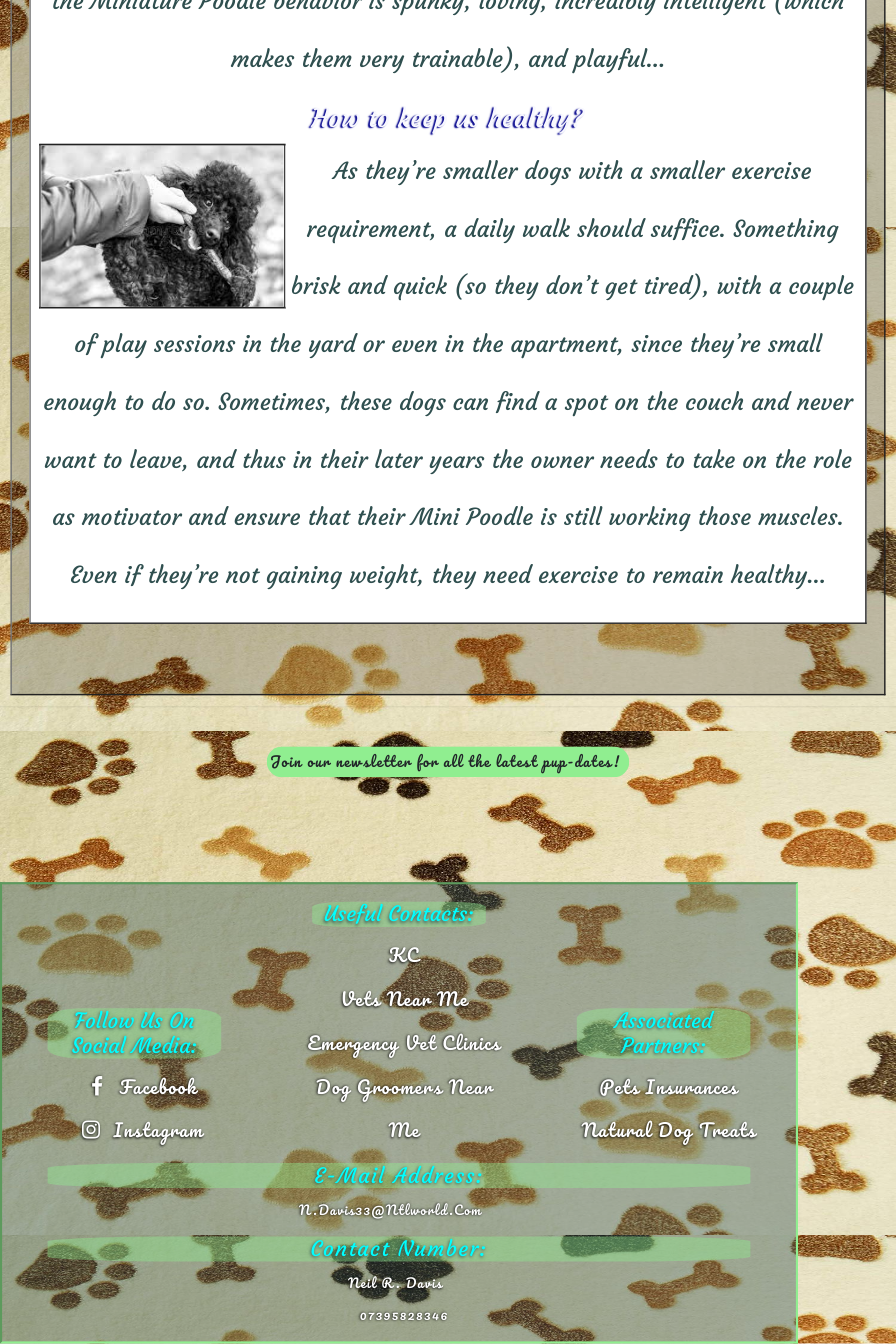
Repository: Code-Institute-Submissions/GeorgiosSklav-Iacinthos-blog
Page: about-them.html
The author's editor kept a record of every edit. The page is drawn from the files as they stood at one moment, then again after the next edit.
The browser window is 1280 px wide. The pictures show the part of the page from y = 1835 to 3755 px (the page is 3755 px tall before and 3692 px after), at 70% of full size.
Backgrounds fixed to the window are drawn as part of the page.

Above is the page before.

### about-them.html
<!DOCTYPE html>
<html lang="en">

<head>
    <meta charset="UTF-8">
    <meta name="viewport" content="width=device-width, initial-scale=1.0">
    <meta http-equiv="X-UA-Compatible" content="ie=edge">
    <link rel="stylesheet" href="https://stackpath.bootstrapcdn.com/bootstrap/4.3.1/css/bootstrap.min.css " integrity="sha384-ggOyR0iXCbMQv3Xipma34MD+dH/1fQ784/j6cY/iJTQUOhcWr7x9JvoRxT2MZw1T " crossorigin="anonymous">
    <title>Iacinthos mini Poodles</title>
    <link rel="stylesheet" href="https://stackpath.bootstrapcdn.com/font-awesome/4.7.0/css/font-awesome.min.css" integrity="sha384-wvfXpqpZZVQGK6TAh5PVlGOfQNHSoD2xbE+QkPxCAFlNEevoEH3Sl0sibVcOQVnN" crossorigin="anonymous">
    <link rel="stylesheet" href="style.css" type="text/css" />
</head>

<!--Header-->

<body>
    <div class="container-fluid">
        <div class="background-overlay">
            <header class="container">
                <div class="row align-items-start heading homepage">
                    <div class="col-12 logo">
                        <h1>How to treat and raise us:</h1>
                    </div>
                </div>
                <nav class="navbar navbar-light navbar-expand-sm">
                    <div class="navbar-brand"><i class="fa fa-paw"></i>About them</div>
                    <button class="navbar-toggler ml-auto" type="button" data-toggle="collapse" data-target="#navbarNavDropdown" aria-controls="navbarNavDropdown">
            <span class="navbar-toggler-icon"></span></button>
                    <div class="collapse navbar-collapse" id="navbarNavDropdown">
                        <ul class="navbar-nav mt-auto mt-2 mt-lg-0">
                            <li class="nav-item mr-2"><a class="nav-link" href="index.html">Iacinthos</a></li>
                            <li class="nav-item mr-2"><a class="nav-link" href="request-form.html">Enquiries</a></li>
                            <li class="nav-item dropdown">
                                <div class="nav-link dropdown-toggle" id="navbarDropdownMenuLink" role="button" data-toggle="dropdown" aria-haspopup="true" aria-expanded="false">
                                    Certificates</div>
                                <div class="dropdown-menu" aria-labelledby="navbarDropdownMenuLink">
                                    <a class="dropdown-item" target="_blank" href="./Media/certificate.pdf"><i class="fa fa-download"></i>Kennel Club</a>
                                    <a class="dropdown-item" target="_blank" href="./Media/lineage1.pdf"><i class="fa fa-download"></i>Blood-Lineage</a>
                                </div>
                            </li>
                        </ul>
                    </div>
                </nav>
            </header>

            <!--main-body-->

            <main>
                <div class="jumbotron-fluid about" id="frame">
                    <div class="row">
                        <div class="col-12">
                            <img src="./Media/photos/steak.jpg" class="img-10" alt="dog-steak">
                            <h3 class="about-title">What do we eat?</h3>
                            <p>Most would opt for wet food. However, dry food is recommended since this is much better for the gums and teeth. In addition, dry kibble tends to be easier on the stomach and intestines and a diet of all wet canned food can
                                lead to runny stools...</p>
                        </div>
                    </div>
                    <div class="row">
                        <div class="col-12">
                            <h3 class="about-title">Natural diet?</h3>
                            <p>Feeding a complete raw meat diet to your dog is the best way to provide an easily digestible, balanced diet that mimics the way his ancestors naturally eat in the wild. However, there’s a lot of misinformation out there about
                                feeding a raw food diet to dogs. This can be confusing and discouraging for dog owners looking to do the right thing for their dogs. Nevertheless your choice, you just need to make sure that your doggy is getting all the
                                daily nutrition it needs....</p>
                        </div>
                    </div>
                    <div class="row">
                        <div class="col-12">
                            <h3 class="about-title">What do we love to do?</h3>
                            <img src="./Media/photos/woman-dog.jpg" class="img-20" alt="dog-jogging">
                            <p>They have a moderate temperament, and even though they’re elegant and well-mannered, have a very funny clown-like behavior when around their loved ones. They love to play and they’re smart enough to get themselves into trouble,
                                or challenge their owner when they have the chance. All-in-all, the Miniature Poodle behavior is spunky, loving, incredibly intelligent (which makes them very trainable), and playful...</p>
                        </div>
                    </div>
                    <div class="row">
                        <div class="col-12">
                            <h3 class="about-title">How to keep us healthy?</h3>
                            <img src="./Media/photos/excercising.jpg" class="img-30" alt="dog-with-a-stick">
                            <p>As they’re smaller dogs with a smaller exercise requirement, a daily walk should suffice. Something brisk and quick (so they don’t get tired), with a couple of play sessions in the yard or even in the apartment, since they’re
                                small enough to do so. Sometimes, these dogs can find a spot on the couch and never want to leave, and thus in their later years the owner needs to take on the role as motivator and ensure that their Mini Poodle is still
                                working those muscles. Even if they’re not gaining weight, they need exercise to remain healthy...</p>
                        </div>
                    </div>
                </div>
        </div>
</div>
    <hr>
    <!--Modal-->

    <button type="button" class="btn btn-color" data-toggle="modal" data-target="#exampleModal">
  Join our newsletter for all the latest pup-dates!
</button>
    <div class="modal fade" id="exampleModal" tabindex="-1" role="dialog" aria-labelledby="exampleModalLabel" aria-hidden="true">
        <div class="modal-dialog" role="document">
            <div class="modal-content">
                <div class="modal-header">
                    <h5 class="modal-title" id="exampleModalLabel">Join our family with a flick of your paw!</h5>
                    <button type="button" class="close" data-dismiss="modal" aria-label="Close">
                     <span aria-hidden="true">&times;</span>
        </button>
                </div>
                <div class="modal-body">
                    <form class="modal-newsletter">
                        <div class="form-group ">
                            <input type="email" class="form-control" id="InputEmail2" aria-describedby="InputEmail2" placeholder="Your Woof-mail....">
                        </div>
                        <div class="form-group">
                            <input type="password" class="form-control" id="InputPassword2" placeholder="....and a Woof-password">
                        </div>
                        <div class="form-group form-check">
                            <input type="checkbox" class="form-check-input" id="Check1">
                            <label class="form-check-label" for="Check1">Remember me</label>
                        </div>
                    </form>
                </div>
                <div class="modal-footer">
                    <button type="button" class="btn btn-danger" data-dismiss="modal">Close</button>
                    <button type="button" class="btn btn-info">Subscribe</button>
                </div>
            </div>
        </div>

        </main>

    </div>


    <!---footer-->

    <footer class="container footer">
        <div class="row align-items-end">
            <div class="col-12 col-md-3 col-lg-3">
                <h4 class="social-title capitalise">Follow us on social media:</h4>
                <ul class="social-links">
                    <li>
                        <a target="_blank" href="https://www.facebook.com/neil.davis.9862">
                            <i class="fa fa-facebook"></i>
                            <span>Facebook</span>
                        </a>
                    </li>
                    <li>
                        <a target="_blank" href="https://instagram.com/neilr.davis?igshid=wmi0mqp5d2se">
                            <i class="fa fa-instagram"></i>
                            <span>Instagram</span>
                        </a>
                    </li>
                </ul>
            </div>
            <div class="col-12 col-md-3 col-lg-3">
                <h4 class="social-title capitalise">Useful contacts:</h4>
                <ul class="social-links">
                    <li>
                        <a target="_blank" href="https://www.thekennelclub.org.uk/">
                            <span class="capitalise">KC</span>
                        </a>
                    </li>
                    <li>
                        <a target="_blank" href="https://www.google.com/search?q=vet+near+me&oq=vet+near&aqs=chrome.0.0j69i57j0l4.4119j0j7&sourceid=chrome&ie=UTF-8">
                            <span class="capitalise">Vets near me</span>
                        </a>
                    </li>
                    <li>
                        <a target="_blank" href="https://www.google.com/search?q=emergency+vet+clinic+near+me&oq=emergency+vet&aqs=chrome.4.69i57j0l5.15430j0j7&sourceid=chrome&ie=UTF-8">
                            <span class="capitalise">Emergency vet clinics</span>
                        </a>
                    </li>
                    <li>
                        <a target="_blank" href="https://www.google.com/search?q=dog+groomer+near+me&oq=dog+groomer&aqs=chrome.1.69i57j0l5.4790j0j7&sourceid=chrome&ie=UTF-8">
                            <span class="capitalise">Dog groomers near me</span>
                        </a>
                    </li>
                </ul>
            </div>
            <div class="col-12 col-md-3 col-lg-3">
                <h4 class="social-title capitalise">Associated partners:</h4>
                <ul class="social-links">
                    <li>
                        <a target="_blank" href="https://www.google.com/search?q=pet+insurance+near+me&oq=pet+ins&aqs=chrome.2.0j69i57j0l4.6094j0j7&sourceid=chrome&ie=UTF-8">
                            <span class="capitalise">pets insurances</span>
                        </a>
                    </li>
                    <li>
                        <a target="_blank" href="https://www.doglistener.co.uk/catalog/natural-dog-treats-0">
                            <span class="capitalise">natural dog treats</span>
                        </a>
                    </li>
                </ul>
            </div>
            <div class="col-12 col-md-3 col-lg-3 contacts">
                <h4 class="social-title capitalise">e-mail address:</h4>
                <p class="capitalise social-links">
                    n.davis33@ntlworld.com
                </p>
                <h4 class="social-title capitalise">Contact number:</h4>
                <ul class="social-links">
                    <li class="social-links capitalise">
                        neil r. davis
                    </li>
                    <li class="capitalise">
                        07395828346
                    </li>
                </ul>
            </div>
        </div>
    </footer>

    <script src="https://code.jquery.com/jquery-3.3.1.slim.min.js" integrity="sha384-q8i/X+965DzO0rT7abK41JStQIAqVgRVzpbzo5smXKp4YfRvH+8abtTE1Pi6jizo" crossorigin="anonymous"></script>
    <script src="https://cdnjs.cloudflare.com/ajax/libs/popper.js/1.14.7/umd/popper.min.js" integrity="sha384-UO2eT0CpHqdSJQ6hJty5KVphtPhzWj9WO1clHTMGa3JDZwrnQq4sF86dIHNDz0W1" crossorigin="anonymous"></script>
    <script src="https://stackpath.bootstrapcdn.com/bootstrap/4.3.1/js/bootstrap.min.js" integrity="sha384-JjSmVgyd0p3pXB1rRibZUAYoIIy6OrQ6VrjIEaFf/nJGzIxFDsf4x0xIM+B07jRM" crossorigin="anonymous"></script>
</body>

</html>

### style.css
@import url('https://fonts.googleapis.com/css?family=Courgette:100,200,300,400,500,600,700|Pacifico:100,200,300,400,500,600,700');

/*------------------------------------------------body background*/

body {
    background-image: url("./Media/photos/footprints.jpg");
    background-size: 100%;
    background-attachment: fixed;
    line-height: 2.5;
    text-align: center;

}

.background-overlay {
    position: relative;
    height: 100%;
    width: 100%;
    padding: 0;
    background-color: rgba(0, 0, 0, 0.2);
    border: 2px outset #777;
}

h1 {
    font-family: "Courgette", sans-serif;
    font-weight: 700;
    font-size: 45px;
    color: #f4f4f4;
    text-shadow: -1px 2px 5px #2f4f4f;
    margin-top: 35px;
    margin-bottom: 5px;
    padding-top: 25px;
}

.heading {
    margin: 25px;
}

.capitalise {
    text-transform: capitalize;
}

/*------------------------------------------------Navbar*/

.navbar {
    word-wrap: normal;
    margin-top: 35px;
    margin-bottom: 50px;
}

.navbar-light {
    font-family: 'Courgette', sans-serif;
    font-weight: 600;
    font-size: 25px;
    text-shadow: 0px 2px 3px #f8f8ff;
}

.nav-link {
    margin-right: 15px;
    margin-left: 15px;
        /*color: #00008b;*/color: #00ffff;

}

.nav-link:hover {
    background-color: #90ee90;
    border-radius: 50%;
}

.dropdown-menu {
    background-color: #90ee90;
    font-weight: 600;
    font-size: 20px;
    border-radius: 10%;
    margin: 0;
    padding: 2px;
}

.dropdown-menu ul li:hover {
    background-color: #777;
}

.ml-auto {
    background-color: #90ee90;
}

.navbar i {
    font-size: 35px;
    padding-top: 0;
    padding-bottom: 5px;
    padding-right: 2px;
    margin: 5px;
    color: #777;
}

.navbar-brand {
    font-size: 30px;

}

.navbar-brand:hover {
    background-color: #90ee90;
    border-radius: 50%;
}

.fa-download {
    margin-right: 2px;
    margin-left: 2px;
}

.fa-download:hover {
    color: #90ee90;
}

/*------------------------------------------Media queries*/

@media (max-width: 300px) {
    .ml-auto:hover {
        background-color: #777;
    }
    .dropdown-item:hover {
        background-color: #777;

    }
    #navbarNavDropdown {
        background-color: #90ee90;
    }

    #navbarNavDropdown ul li:hover {
        background-color: #90ee90;
    }
    .social-links,
    .social-title {
        font-size: 30px;
    }
}

@media (max-width: 3800px) {
    .dropdown-menu {
        background-color: #90ee90;
        color: #777;
    }
    .dropdown-item:hover {
        background-color: #777;
        color: #90ee90;
    }

    .col-lg-3 {
        flex: 30%;
        max-width: 100%;
    }
}

/*------------------------------------------------Homepage*/

.homepage a {
    text-decoration: none;
    height: 100%;
}

.introduction {
    height: 90%;
    width: 90%;
}

.img-10 {
    float: left;
    width: 15%;
    border-radius: 50%;
    border: groove #777;
}

.img-20 {
    float: right;
    width: 20%;
    border-radius: 50%;
    border: groove #777;
    margin: 2px;
}

.img-30 {
    float: left;
    width: 30%;
    border: groove #777;
    margin: 2px;
}

.img-50 {
    margin-left: 25px;
    margin-bottom: 20px;
    width: 100%;
    float: none;
    border-style: groove;
    border-radius: 50%;
}

/*--------------------------------------------texts,p*/

.container-title {
    text-align: center;
    margin: 35px;
    font-family: "Courgette", sans-serif;
    color: #00ffff;
    text-shadow: -1px 2px 5px #2f4f4f;
}

.container-title i {
    font-size: 30px;
    padding: 15px;
    margin: 15px;
}

.dog-name {
    font-family: "Courgette", sans-serif;
    font-weight: 700;
    font-size: 32px;
    margin-left: 25px;
    text-shadow: -1px 2px 1px #191970;
}

/*----------------------------------------about us section*/

.about {
    margin: 25px;
    font-family: "Courgette", sans-serif;
    font-size: 33px;
    color: #2f4f4f;
}

.about .about-title {
    color: #f8f8ff;
    text-shadow: -3px 2px 2px #00008b;
    font-size: 36px;
    padding: 5px 2px;
}

#frame {
    border: 2px outset #777;
    font-size: 33px;
    margin-top: 45px;
    margin-bottom: 100px;
    padding: 10px;
    font-weight: 200;
    background-color: #fff;
}

/*----------------------------------------newsletter button*/

.btn-color {
    background-color: #90ee90;
    font-family: "Pacifico", sans-serif;
    font-size: 20px;
    letter-spacing: 2px;
    margin: 40px 25px 150px;
    padding-left: 4px;
    border-radius: 50px;
}

.btn-color:hover {
    color: #90ee90;
    background-color: #777;
}

/*----------------------------------------Modal styling*/

.modal-title {
    font-family: "Pacifico", sans-serif;
    font-size: 25px;
    margin: 10px 5px;
}

.modal-content {
    background-color: #90ee90;
    text-shadow: -3px 2px 0.5px #ffefd5;
    color: #777;
}

.modal-footer .btn-danger,
.btn-info {
    margin-right: 20px;
}

.modal-body {
    padding: 0 15px 0 15px;
    top: 5px;
    bottom: 0;
    margin-top: 10px;
}


/*----------------------------------------footer*/

.footer {
    border: 3px inset #90ee90;
    background-color: rgba(47,79,79, .4);
    padding-top: 25px;
    margin: 0px 5px 0px 0px;
    text-align: center;
}

.contacts .social-title {
    font-family: "Courgette", sans-serif;
    font-size: 30px;
    font-weight: 400;
    letter-spacing: 2px;
   /* color: #9400d3;*/
   color: #00ffff;
    text-shadow: -1px 2px 5px #2f4f4f;
}


.social-links {
    list-style: none;
    padding-right: 25px;
    font-family: "Pacifico", sans-serif;
    color: #fff;
    font-size: 18px;
    font-weight: 300;
    letter-spacing: 2px;
    text-shadow: -1px 1px 4px #000;
}

.social-links li a {
    text-decoration: none;
    font-family: "Pacifico", sans-serif;
    font-size: 25px;
    font-weight: 400;
    letter-spacing: 2px;
    color: /*#008000*/
    #fff;
    text-shadow: -1px 1px 4px #000;
    /*text-shadow: 1px 2px 1px #c0c0c0;*/

}

.social-links li a:hover {
    background-color: #777;
    color: #90ee90;
    border-radius: 30%;
}

.social-links li i {
    font-size: 30px;
    height: 45px;
    width: 45px;
}

.social-title {
    word-break: keep-all;
    margin-left: 50px;
    margin-right: 50px;
    font-size: 30px;
    font-family: "Courgette", sans-serif;
    border-radius: 20%;
    color: #00ffff;
    text-shadow: -1px 2px 5px #2f4f4f;
    background-color: rgba(144, 238, 144, 0.4);
    /*color: #9400d3;*/
}

.contact-heading {
    font-family: "Courgette", sans-serif;
    font-weight: 300;
    margin-top: 25px;
    margin-bottom: 20px;
}

.form-control {
    font-size: 20px;
    background-color: #90ee90;
}

.control {
    background-color: #90ee90;
}

.center-form {
    padding: 15px 5px 10px;
    margin: 15px auto;
    max-width: 80%;
}

button[type="submit"] {
    margin-bottom: 20px;
    margin-top: 13px;
    color: #90ee90;
    background-color: #777;
}

button[type="submit"]:hover {
    background-color: #90ee90;
    color: #777;
}

After the next edit:
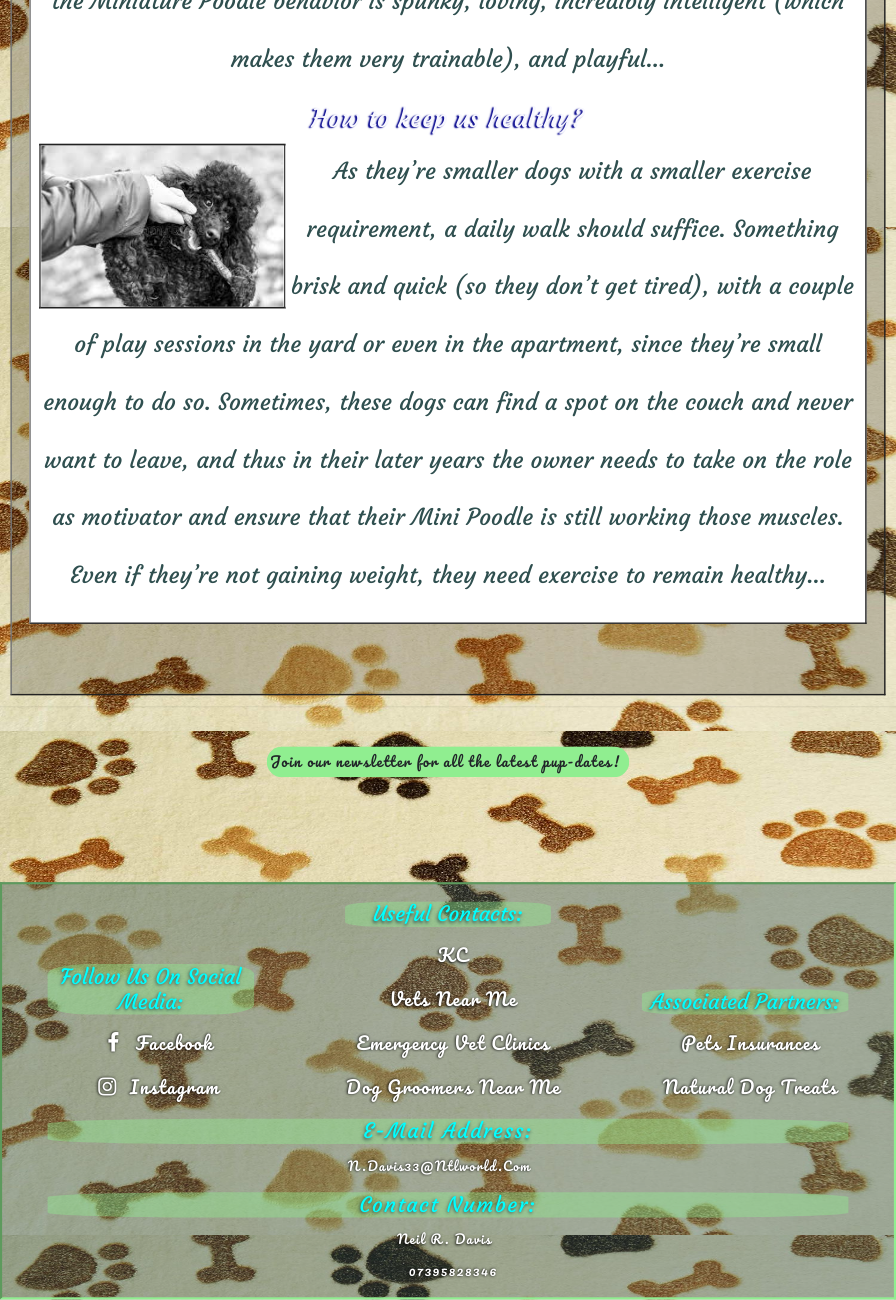
The edit:
--- a/about-them.html
+++ b/about-them.html
@@ -126,7 +126,7 @@
 
     <!---footer-->
 
-    <footer class="container footer">
+    <footer class="container-fluid footer">
         <div class="row align-items-end">
             <div class="col-12 col-md-3 col-lg-3">
                 <h4 class="social-title capitalise">Follow us on social media:</h4>
